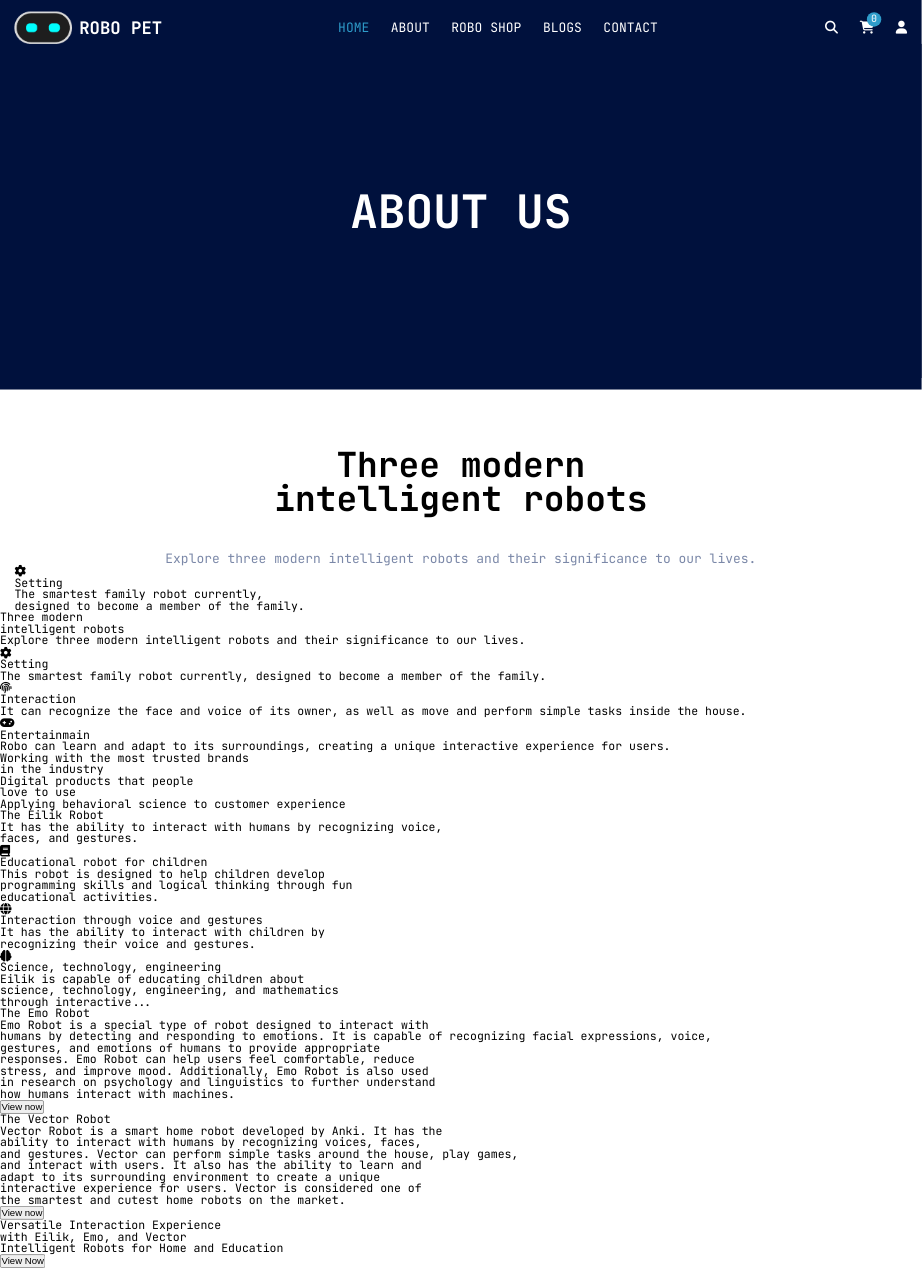
Repository: trietle101/du-an-1
Page: http://localhost/about.html
The author's editor kept a copy of each file at every save. The page is drawn from the files as they stood at one save, then again after the next save.
The browser window is 1280 px wide. The pictures show the whole page, at 72% of full size.
Some web libraries are served in a nearby version. The page is run by PHP 8.4 with error messages shown; the project is at /var/www/html/.

Above is the page before, as saved 2023-03-12 22:21:33.

### about.html
<!DOCTYPE html>
<html lang="en">
  <head>
    <meta charset="UTF-8" />
    <meta http-equiv="X-UA-Compatible" content="IE=edge" />
    <meta name="viewport" content="width=device-width, initial-scale=1.0" />
    <title>About</title>
    <link rel="stylesheet" href="assets/css/reset.css" />
    <link rel="preconnect" href="https://fonts.googleapis.com" />
    <link rel="preconnect" href="https://fonts.gstatic.com" crossorigin />
    <link rel="stylesheet" href="assets/css/about.css">
    <link
      href="https://fonts.googleapis.com/css2?family=JetBrains+Mono:wght@300;400;500;700&display=swap"
      rel="stylesheet"
    />
    <script
      src="https://kit.fontawesome.com/08ee78edd1.js"
      crossorigin="anonymous"
    ></script>
  </head>
  <body>
    <header class="header">
      <div class="container">
        <nav class="header-nav">
          <a href="#" class="header-logo">
            <img src="assets/img/logo.png" />
            <span>ROBO PET</span>
          </a>

          <ul class="nav__list">
            <li class="nav__item">
              <a href="#" class="nav__link active">Home</a>
            </li>
            <li class="nav__item">
              <a href="#" class="nav__link">About</a>
            </li>
            <li class="nav__item">
              <a href="#" class="nav__link">Robo shop</a>
            </li>
            <li class="nav__item">
              <a href="#" class="nav__link">Blogs</a>
            </li>
            <li class="nav__item">
              <a href="#" class="nav__link">Contact</a>
            </li>
          </ul>

          <ul class="nav__list">
            <li class="nav__item">
              <a href="" class="nav__link"
                ><i class="fa-solid fa-magnifying-glass"></i
              ></a>
            </li>
            <li class="nav__item">
              <a href="" class="nav__link absolute">
                <i class="fa-solid fa-cart-shopping"></i>
                <span>0</span>
              </a>
            </li>
            <li class="nav__item">
              <a href="" class="nav__link"><i class="fa-solid fa-user"></i></a>
            </li>
          </ul>
        </nav>
      </div>
      <div class="header-banner">
        <div class="container">
          <h1 class="banner-title">ABOUT US</h1>
        </div>
      </div>
    </header>
    <section class="modern">
      <div class="container">
        <h2 class="modern-title">Three modern <br> intelligent robots</h2>
        <p class="modern-desc">Explore three modern intelligent robots and their significance to our lives.</p>
        <div class="modern-box">
          <div class="modern-item">
            <i class="fa-solid fa-gear"></i>
            <h3 class="modern-box-title">Setting</h3>
            <p class="modern-box-desc">The smartest family robot currently, designed to become a member of the family.</p>
          </div>
        </div>
      </div>
    </section>

    <!--phần banner-->
    <div class="banner">
           </div>
           <div class="name2">
            <h2>Three modern <br>
              intelligent robots</h2>
            <p>Explore three modern intelligent robots and their significance to our lives.</p>

        <div class="box-top">
            <div class="namebox">
                <i class="fa-solid fa-gear"></i>
                <h3>Setting</h3>
                <p>The smartest family robot currently, designed to become a member of the family.</p>
            </div>


            <div  class="namebox">
              <i class="fa-solid fa-fingerprint"></i>
                <h3>Interaction</h3>
                <p>It can recognize the face and voice of its owner, as well as move and perform simple tasks inside the house.</p>
            </div>


            <div class="namebox">
              <i class="fa-solid fa-gamepad"></i>
                <h3>Entertainmain</h3>
                <p>Robo can learn and adapt to its surroundings, creating a unique interactive experience for users.</p>
            </div>
        </div>

        <div class="name2">
          <h2>Working with the most trusted brands <br> in the industry</h2>
        </div>

        <div class="banner2">
        </div>
        <div class="namebanner2">
          <h4>Digital products that people <br> love to use</h4>
          <p>Applying behavioral science to customer experience</p>
          <div class="box-text">
            <h5>The Eilik Robot</h5>
            <p>It has the ability to interact with humans by recognizing voice,<br> faces, and gestures.</p>
               <div class="box-content">
                <i class="fa-solid fa-book"></i>
                <h6>Educational robot for children</h6>
                <p>This robot is designed to help children develop <br> programming skills and logical thinking through fun <br> educational activities.</p>
               </div>

               <div class="box-content">
                <i class="fa-solid fa-globe"></i>
                <h6>Interaction through voice and gestures</h6>
                <p>It has the ability to interact with children by <br> recognizing their voice and gestures.</p>
               </div>

               <div class="box-content">
                <i class="fa-solid fa-brain"></i>
                <h6>Science, technology, engineering</h6>
                <p> Eilik is capable of educating children about <br> science, technology, engineering, and mathematics <br> through interactive...</p>
               </div>

          </div>
          <div class="box-content2">
            <h6>The Emo Robot</h6>
            <p>Emo Robot is a special type of robot designed to interact with <br> humans by detecting and responding to emotions.

              It is capable of recognizing facial expressions, voice,<br>  gestures, and emotions of humans to provide appropriate <br> responses. Emo Robot can help users feel comfortable, reduce <br> stress, and improve mood. Additionally, Emo Robot is also used <br> in research on psychology and linguistics to further understand <br> how humans interact with machines.</p>
          </div>

          <button>View now</button>

          <div class="box-content3">
            <h6>The Vector Robot</h6>
            <p>Vector Robot is a smart home robot developed by Anki. It has  the <br> ability to interact with humans by recognizing voices, faces, <br> and gestures.

              Vector can perform simple tasks around the house, play games, <br> and interact with users. It also has the ability to learn and <br> adapt to its surrounding environment to create a unique <br> interactive experience for users. Vector is considered one of <br> the smartest and cutest home robots on the market.</p>
              <button>View now</button>
            </div>
        </div>
        <div class="endbanner">
          <h2>Versatile Interaction Experience <br> with Eilik, Emo, and Vector</h2>
                <p>Intelligent Robots for Home and Education</p>
                <button>View Now</button>
        </div>
  </body>
  <script src="assets/script/script.js"></script>
</html>

### assets/css/reset.css
/* http://meyerweb.com/eric/tools/css/reset/
   v2.0 | 20110126
   License: none (public domain)
*/
html,
body,
div,
span,
applet,
object,
iframe,
h1,
h2,
h3,
h4,
h5,
h6,
p,
blockquote,
pre,
a,
abbr,
acronym,
address,
big,
cite,
code,
del,
dfn,
em,
img,
ins,
kbd,
q,
s,
samp,
small,
strike,
strong,
sub,
sup,
tt,
var,
b,
u,
i,
center,
dl,
dt,
dd,
ol,
ul,
li,
fieldset,
form,
label,
legend,
table,
caption,
tbody,
tfoot,
thead,
tr,
th,
td,
article,
aside,
canvas,
details,
embed,
figure,
figcaption,
footer,
header,
hgroup,
menu,
nav,
output,
ruby,
section,
summary,
time,
mark,
audio,
video {
  margin: 0;
  padding: 0;
  border: 0;
  font-size: 100%;
  font: inherit;
  vertical-align: baseline;
}

/* HTML5 display-role reset for older browsers */
article,
aside,
details,
figcaption,
figure,
footer,
header,
hgroup,
menu,
nav,
section {
  display: block;
}

body {
  line-height: 1;
}

ol,
ul {
  list-style: none;
}

blockquote,
q {
  quotes: none;
}

blockquote:before,
blockquote:after,
q:before,
q:after {
  content: "";
  content: none;
}

table {
  border-collapse: collapse;
  border-spacing: 0;
}

*,
*:after,
*:before {
  margin: 0;
  padding: 0;
  box-sizing: border-box;
}
ul,
li {
  list-style-type: none;
}
a {
  text-decoration: none;
}

### assets/css/about.css
:root {
  --primary-color: #00113d;
  --secondary-color: #2e9cca;
}

html {
  box-sizing: border-box;
}

img {
  display: block;
  max-width: 100%;
}

body {
  font-family: "JetBrains Mono", sans-serif;
  min-height: 100vh;
  margin: 0;
}
header {
  background: var(--primary-color);
  padding: 1em 0;
  width: 100%;
}
.container {
  max-width: 1240px;
  margin: 0 auto;
}

.header-nav {
  display: flex;
  justify-content: space-between;
  align-items: center;
  flex-wrap: nowrap;
}

.header-logo {
  display: flex;
  justify-content: center;
  align-items: center;
}

.header-logo span {
  text-decoration: none;
  color: #fff;
  font-size: 24px;
  font-weight: bold;
  margin-right: 0.5em;
  margin-left: 10px;
}

.nav__list {
  display: flex;
  justify-content: space-between;
  align-items: center;
  flex-wrap: nowrap;
}

.nav__item:not(:first-child) {
  margin-left: 30px;
}

.nav__link {
  color: #fff;
  text-decoration: none;
  text-transform: uppercase;
  transition: 0.3s ease-in-out;
  font-size: 18px;
}

.nav__link.active {
  color: var(--secondary-color);
}

.nav__link:hover {
  color: var(--secondary-color);
}

.nav__link:hover span {
  color: var(--secondary-color);
  background-color: #fff;
}

.nav__link.absolute {
  position: relative;
}

.nav__link span {
  position: absolute;
  display: inline-block;
  background-color: var(--secondary-color);
  width: 20px;
  height: 20px;
  font-size: 14px;
  text-align: center;
  padding-top: 2px;
  border-radius: 50%;
  top: -10px;
  left: 10px;
  transition: 0.3s ease-in-out;
}

.line-effect {
  width: 0;
  height: 2px;
  background-color: var(--secondary-color);
  position: fixed;
  pointer-events: none;
  transition: all 0.25s linear;
}
.header-banner {
  width: 100%;
  max-height: 500px;
  margin: 0 auto;
  background-color: #00113d;
  padding: 200px 0;
}
.banner-title {
  font-weight: 700;
  font-size: 64px;
  color: #fff;
  text-transform: uppercase;
  text-align: center;
}
.modern {
  padding-top: 80px;
}
.modern-title {
  font-weight: 700;
  font-size: 48px;
  text-align: center;
}
.modern-desc {
  font-weight: 400;
  font-size: 18px;
  color: #7b88a8;
  text-align: center;
  margin-top: 50px;
}
.modern-box {
  display: flex;
  justify-content: space-between;
  align-items: center;
  flex-wrap: nowrap;
}
.modern-item {
  max-width: 33.33%;
}

### assets/script/script.js
window.addEventListener("load", function () {
  // --- Menu ---
  const links = [...document.querySelectorAll(".nav__link")];
  links.forEach((item) => item.addEventListener("mouseenter", handleHoverLink));
  const line = document.createElement("div");
  line.classList = "line-effect";
  document.body.appendChild(line);

  function handleHoverLink(event) {
    const { left, top, width, height } = event.target.getBoundingClientRect();
    const offsetBottom = 5;
    line.style.width = `${width}px`;
    line.style.left = `${left}px`;
    line.style.top = `${top + height + offsetBottom}px`;
  }
  const menu = document.querySelector(".nav__list");
  menu.addEventListener("mouseleave", function () {
    line.style.width = 0;
  });

  const nav = document.querySelectorAll(".nav__link");
  nav.forEach((item) => {
    item.addEventListener("click", () => {
      nav.forEach((item) => {
        item.classList.remove("active");
      });
      item.classList.add("active");
    });
  });
});

After the next save:
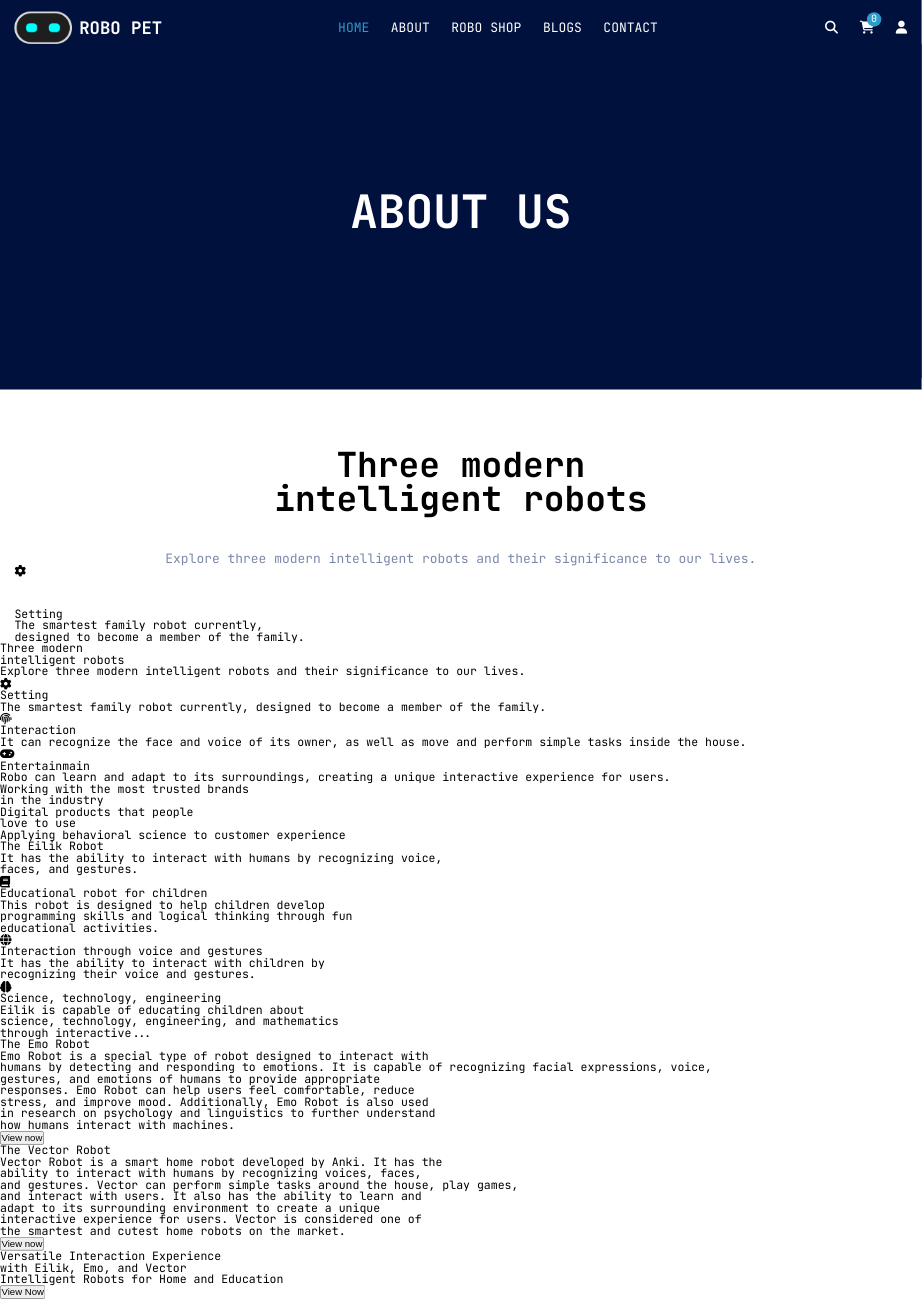
Saved 4 min 53 s later.
--- a/assets/css/about.css
+++ b/assets/css/about.css
@@ -146,3 +146,7 @@
 .modern-item {
   max-width: 33.33%;
 }
+.modern-item i {
+  width: 60px;
+  height: 60px;
+}
